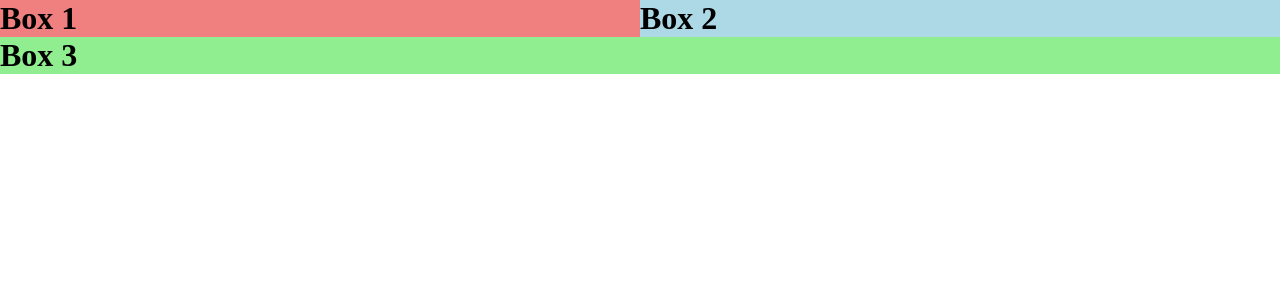
Repository: situmorang-com/grid-system
Page: index.html
An editor plug-in stored every save of this project. The page is shown before and after the next save, followed by the edit.
The browser window is 1280 px wide. The pictures show the whole page.

Above is the page before, as saved 2020-06-24 18:00:47.

After the next save:
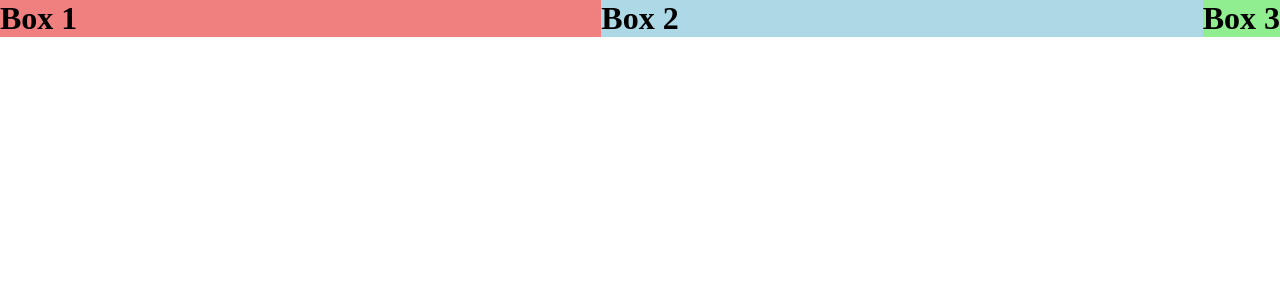
Saved 44 s later.
--- a/style.css
+++ b/style.css
@@ -23,6 +23,9 @@
 }
 
 .box3 {
-    grid-column-start: 1;
-    grid-column-end: 3;
+    /* grid-column-start: 1;
+    grid-column-end: 3; */
+
+    grid-column: 3;
+
 }

After the save that followed:
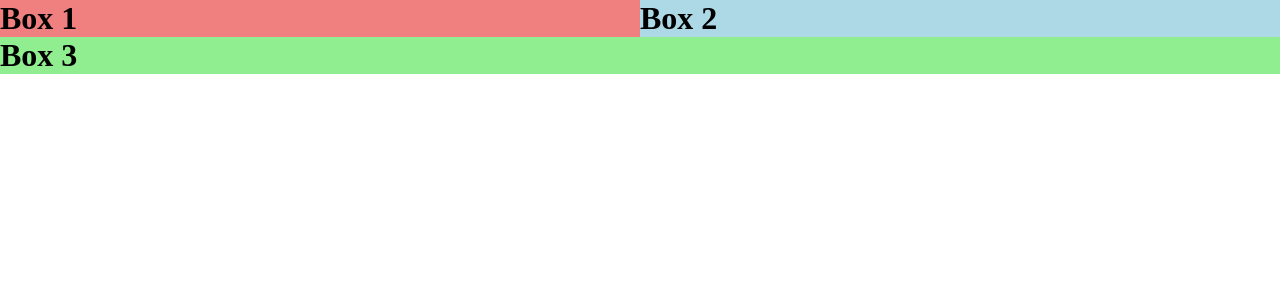
Saved 15 s later.
--- a/style.css
+++ b/style.css
@@ -26,6 +26,6 @@
     /* grid-column-start: 1;
     grid-column-end: 3; */
 
-    grid-column: 3;
+    grid-column: 1/3;
 
 }
